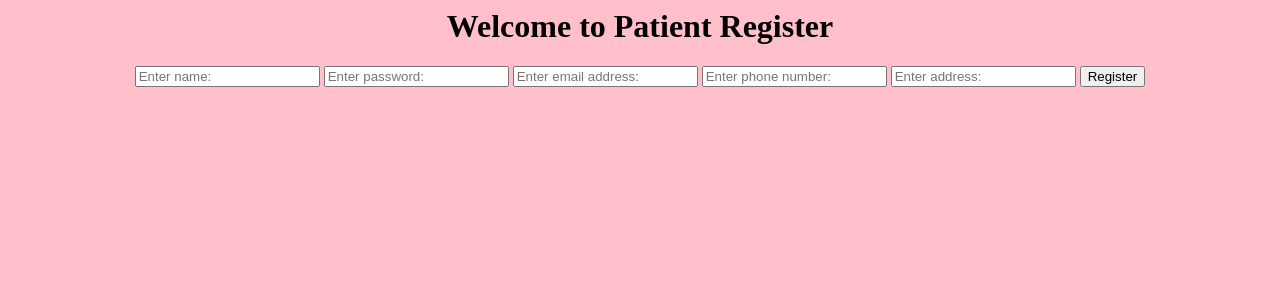
Repository: SrinidhiMiryala/MyRepository
Page: Servlets/src/main/webapp/patient_register.html
An editor plug-in stored every save of this project. The page is shown before and after the next save, followed by the edit.
The browser window is 1280 px wide. The pictures show the whole page.

Above is the page before, as saved 2022-09-28 04:48:26.

After the next save:
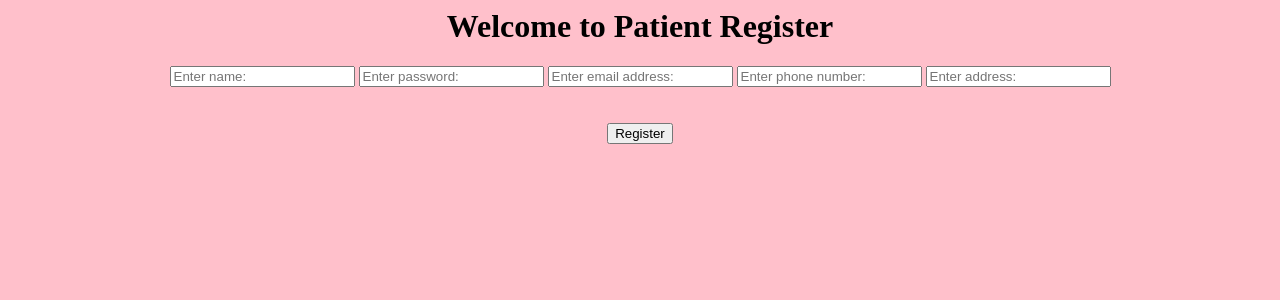
Saved 14 min 8 s later.
--- a/Servlets/src/main/webapp/patient_register.html
+++ b/Servlets/src/main/webapp/patient_register.html
@@ -9,6 +9,7 @@
 		<input type="email" name="email" placeholder="Enter email address: ">
 		<input type="text" name="phone" placeholder="Enter phone number: ">
 		<input type="address" name="address" placeholder="Enter address: ">
+		<br><br><br>
 		<input type="submit" value="Register">
 	</form>
 </body>
